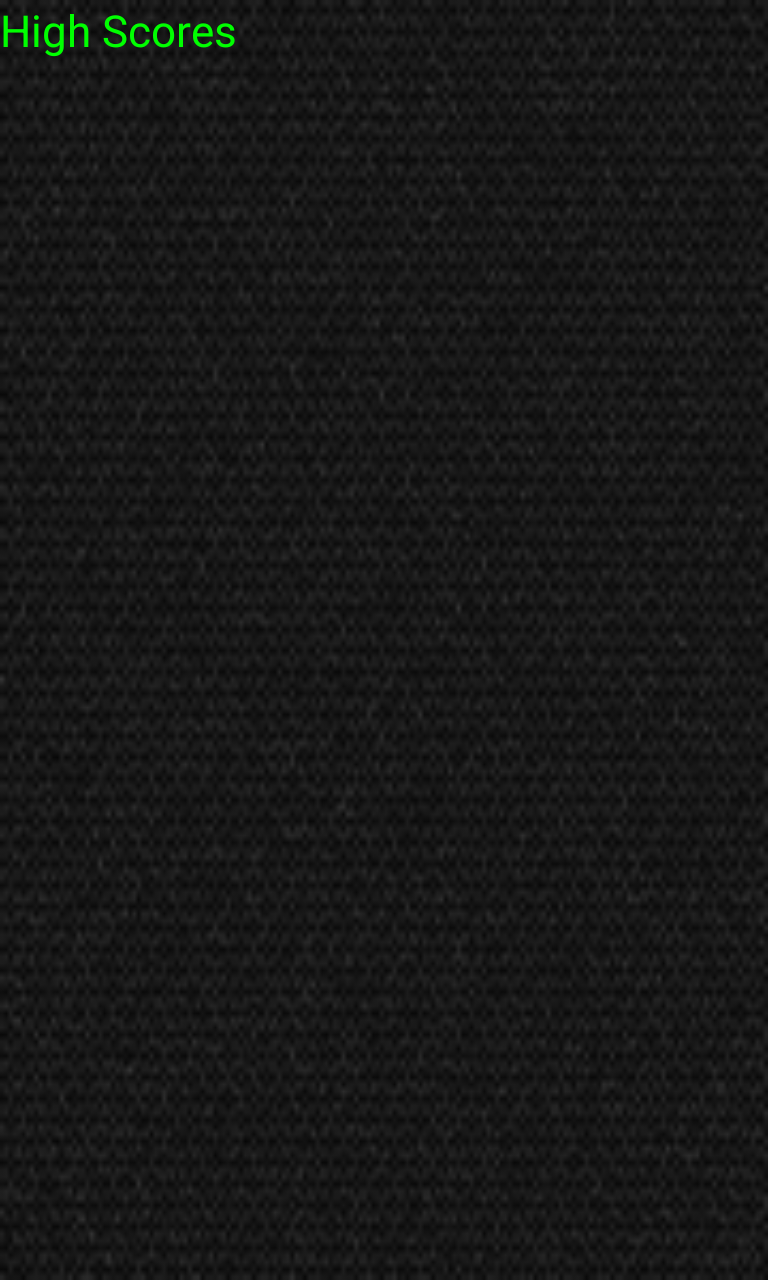
Repository: Tacohen/Killbots
Layout: Killbots/res/layout/high_scores.xml
The author's editor kept a copy of each file at every save. The layout is drawn from the files as they stood at one save, then again after the next save.
It is drawn on a 768 x 1280 px phone screen (xhdpi) without system bars, with theme AppTheme; the app's code is not run.

Above is the layout before, as saved 2013-12-08 01:30:46.

After the next save:
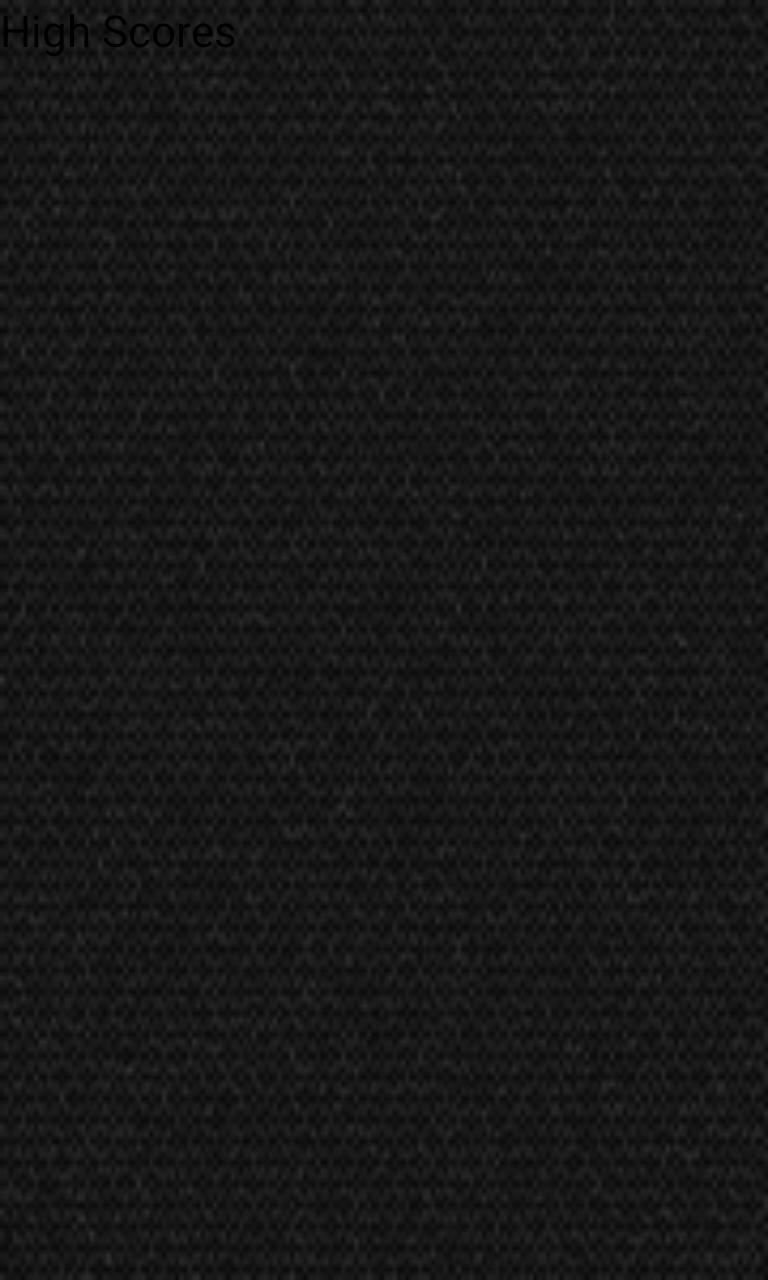
Saved 7 s later.
--- a/Killbots/res/layout/high_scores.xml
+++ b/Killbots/res/layout/high_scores.xml
@@ -10,7 +10,7 @@
         android:layout_width="wrap_content"
         android:layout_height="wrap_content"
         android:text="High Scores"
-        android:textColor="#00FF00"
+        android:textColor="#000000"
         android:textAppearance="?android:attr/textAppearanceLarge" />
 
 </LinearLayout>
